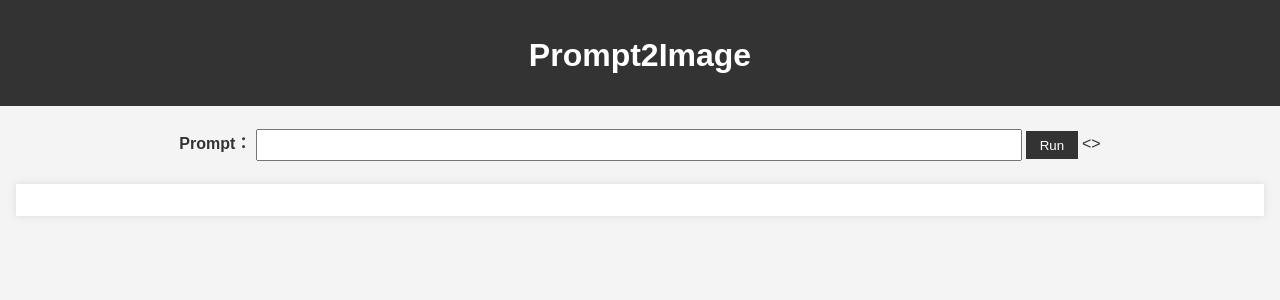
Repository: XTTTZ/Prompt2Image
Page: main1.html
These files come from the project's save history. The page is drawn as it stood at one moment and after the next save; the edit follows.
The browser window is 1280 px wide. The pictures show the whole page.

Above is the page before, as saved 2023-11-13 05:58:13.

After the next save:
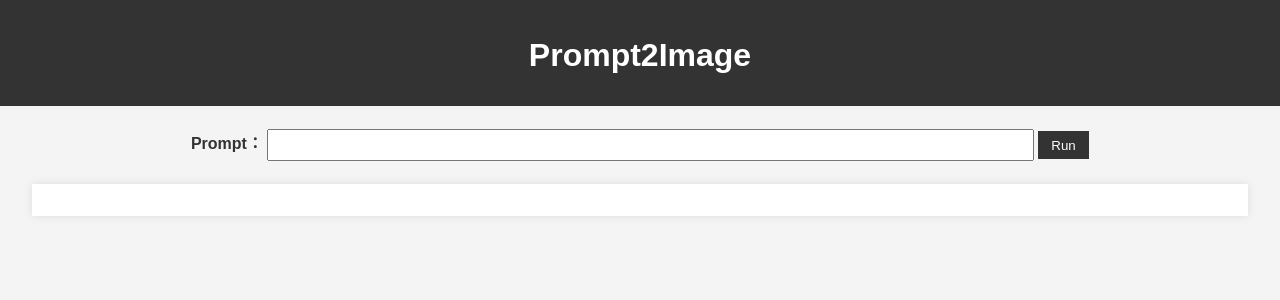
Saved 31 s later.
--- a/main1.html
+++ b/main1.html
@@ -70,7 +70,7 @@
         <label for="searchInput">Prompt：</label>
         <input type="text" id="searchInput" name="searchInput">
         <button type="button" onclick="performSearch()">Run</button>
-        <>
+        <label>
     </form>
 
     <div id="searchResult"></div>
